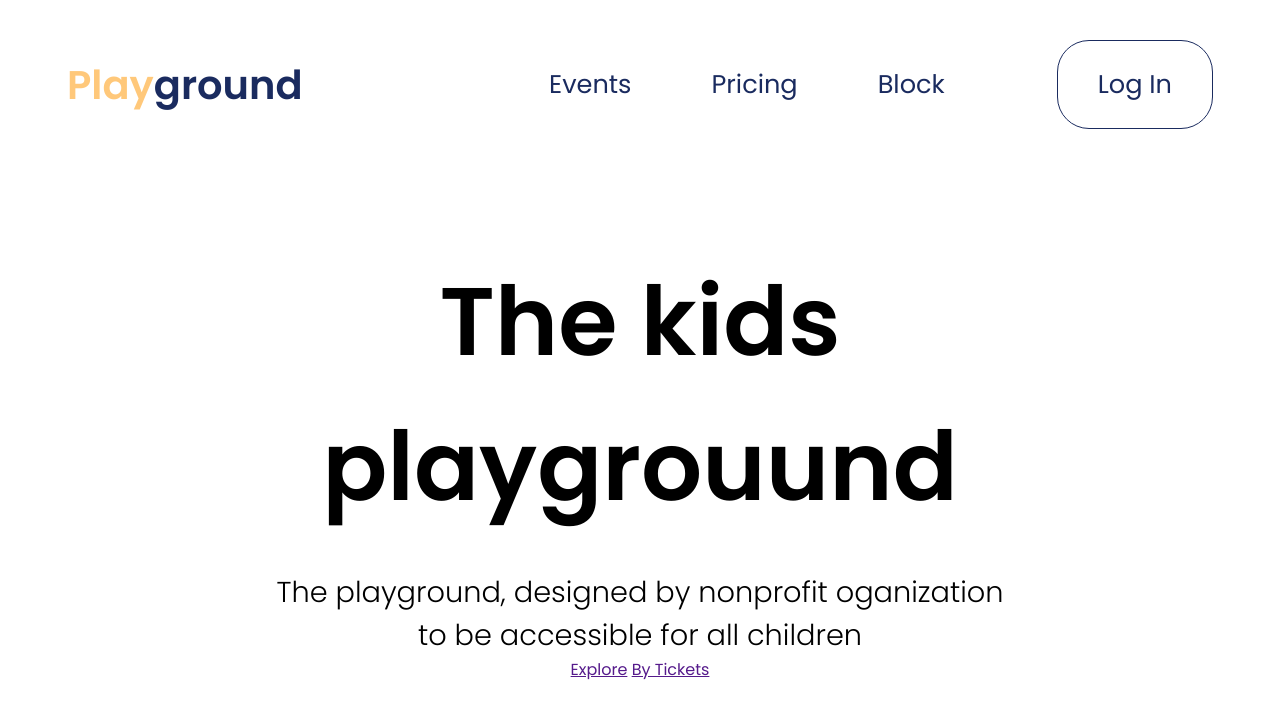
Repository: tuanpham-aptech/front-end
Page: psdtohtml/playgroud/index.html
The author's editor kept a copy of each file at every save. The page is drawn from the files as they stood at one save, then again after the next save.
The browser window is 1280 px wide. The pictures show the whole page.
Some web libraries are served in a nearby version.

Above is the page before, as saved 2021-10-13 17:48:20.

### psdtohtml/playgroud/index.html
<!DOCTYPE html>
<html lang="en">
<head>
    <meta charset="UTF-8">
    <meta http-equiv="X-UA-Compatible" content="IE=edge">
    <meta name="viewport" content="width=device-width, initial-scale=1.0">
    <title>PlayGround</title>
    <link rel="preconnect" href="https://fonts.googleapis.com">
<link rel="preconnect" href="https://fonts.gstatic.com" crossorigin>
<link href="https://fonts.googleapis.com/css2?family=Poppins:wght@300;400;600&display=swap" rel="stylesheet">
<link rel="stylesheet" href="https://pro.fontawesome.com/releases/v5.10.0/css/all.css" integrity="sha384-AYmEC3Yw5cVb3ZcuHtOA93w35dYTsvhLPVnYs9eStHfGJvOvKxVfELGroGkvsg+p" crossorigin="anonymous"/>
<link rel="stylesheet" href="./assets/css/style.css">
</head>
<body>
    <div class="wrapper">
        <div class="header">
            <div class="container header__inner">
                <a href="#" class="logo">
                    <span class="logo__text">Play</span>ground
                </a>
                <nav class="header__menu">
                    <ul class="header__menu-list">
                        <li class="header__menu-item">
                            <a href="#" class="header__menu-link">
                                Events
                            </a>
                        </li>
                        <li class="header__menu-item">
                            <a href="#" class="header__menu-link">
                                Pricing
                            </a>
                        </li>
                        <li class="header__menu-item">
                            <a href="#" class="header__menu-link">
                                Block
                            </a>
                        </li>
                        <li class="header__menu-item">
                            <a href="#" class="header__menu-link header__login">
                                Log In
                            </a>
                        </li>
                    </ul>
                </nav>
            </div>
        </div>
        <section class="banner">
           <div class="container">
            <h1 class="banner__heading">The kids playgrouund</h1>
            <p class="banner__desc">The playground, designed by nonprofit oganization to be accessible for all children</p>
            <div class="banner__buttons">
                <a href="" class="btn">Explore</a>
                <a href="" class="btn">By Tickets</a>
            </div>
           </div>
        </section>
    </div>
</body>
</html>

### psdtohtml/playgroud/assets/css/style.css
* {
    box-sizing: border-box;
    padding: 0;
    margin: 0;
    -webkit-box-sizing: border-box;
}
:root {
    --primary-color: #ffc87a;
    --text-color: #1a2b5f;
}
body {
    font-family: 'Poppins', sans-serif;
}
.wrapper {
    max-width: 1440px;
    margin: 0 auto;
}

.container {
    max-width: 1210px;
    padding-left: 2rem;
    padding-right: 2rem;
    margin: 0 auto;
}

.header {
    padding-top: 40px;
}

.header__inner {
    display: flex;
    justify-content: space-between;
    align-items: center;
}

.header__menu-list {
    display: flex;
    align-items: center;
    list-style: none;
}

.header__menu-item {
    margin-left: 5rem;
}

.header__menu-item:last-child {
    margin-left: 7rem;
}

.header__menu-link {
    transition: color 0.25s linear;
    text-decoration: none;
    font-size: 1.6rem;
    color:var(--text-color);
}

.header__menu-link:hover {
    color:var(--primary-color);
}

.header__login {
    padding: 1.5rem 2.5rem;
    display: inline-block;
    border: 1px solid;
    border-radius: 2rem;
}
.logo {
    font-size: 2.5rem;
    font-weight: 600;
    text-decoration: none;
    color:var(--text-color);

}

.logo__text {
    color:var(--primary-color);
}

.banner {
    padding-top: 120px;
    max-width: 800px;
    margin: 0 auto;
    text-align: center;
}

.banner__heading {
    margin-bottom: 2rem;
    font-size: 6rem;
    font-weight: 600;
}

.banner__desc {
    font-size: 1.8rem;
    font-weight: 300;
}

After the next save:
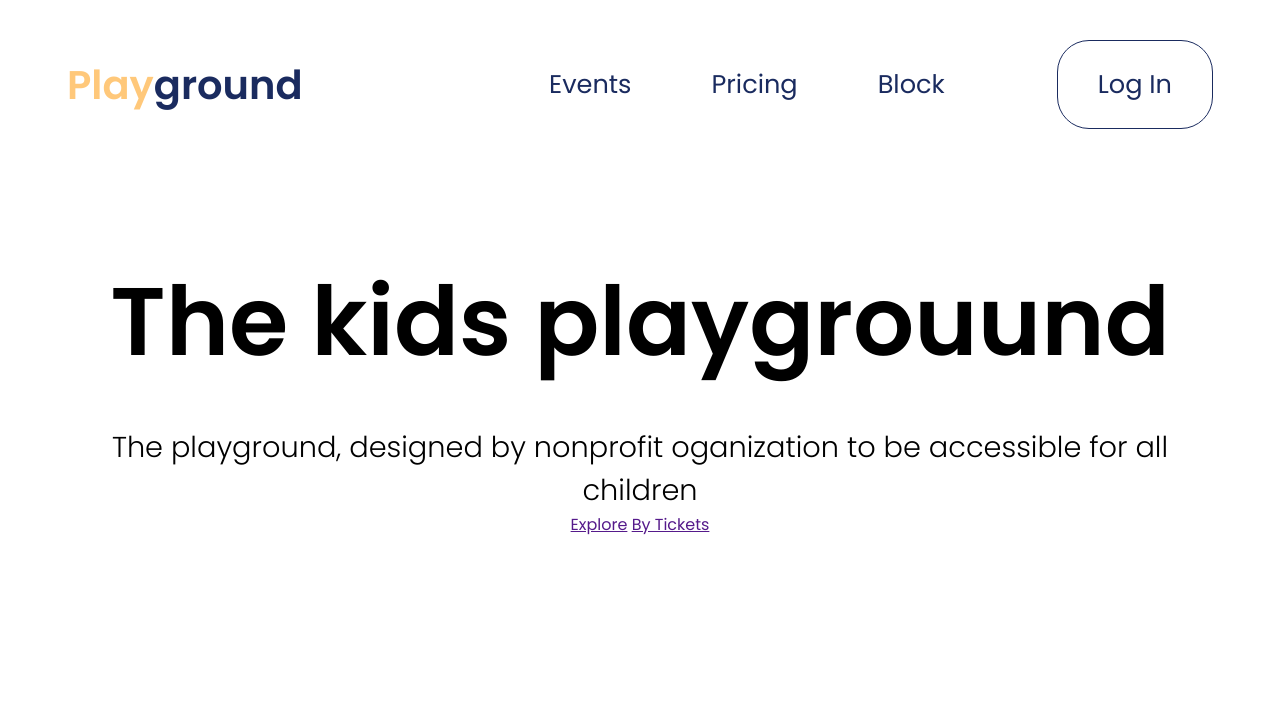
Saved 19 s later.
--- a/psdtohtml/playgroud/assets/css/style.css
+++ b/psdtohtml/playgroud/assets/css/style.css
@@ -78,7 +78,7 @@
 
 .banner {
     padding-top: 120px;
-    max-width: 800px;
+    max-width: 80rem;
     margin: 0 auto;
     text-align: center;
 }
